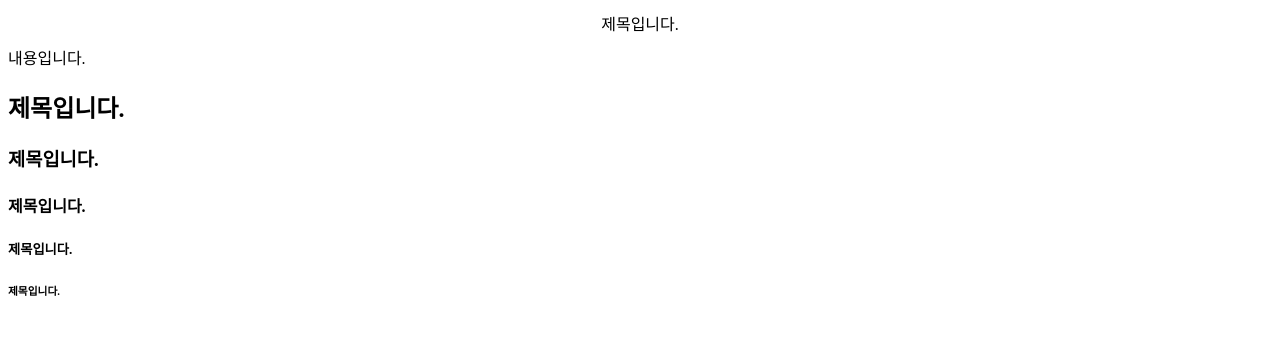
Repository: HongTaeHun337/HTML-CSS-JavaScript-
Page: html/HtmlTest/src/main/webapp/ex06_heading.html
An editor plug-in stored every save of this project. The page is shown before and after the next save, followed by the edit.
The browser window is 1280 px wide. The pictures show the whole page.

Above is the page before, as saved 2026-02-12 08:39:12.

### html/HtmlTest/src/main/webapp/ex06_heading.html
<!DOCTYPE html>
<html>
<head>
<meta charset="UTF-8">
<title>Insert title here</title>
</head>
<body>
	<!-- ex06_heading.html -->
	<!--

		HTML이 할 수 있는 일 = MS-WORD 할 수 있는 일

		<hn>, heading
		- 제목 태그
		- n: 1~6
		- <h1>, <h2>, <h3>, <h4>, <h5>, <h6>
		- 쌍태그, 혼합형
		- 검색 엔진 수집 대상
		- 의미가 중요(O), 서식이 중요(X)


		h1.align 속성
		- horizontal alignment, (내용물) 수평 정렬
		- left, center, right, justify(양쪽 정렬)

	 -->
	 <h1 align="center" style = "font-size: 1rem; font-weight:normal">제목입니다.</h1>

	 <div>내용입니다.</div>

	 <h2>제목입니다.</h2>
	 <h3>제목입니다.</h3>
	 <h4>제목입니다.</h4>
	 <h5>제목입니다.</h5>
	 <h6>제목입니다.</h6>

</body>
</html>

After the next save:
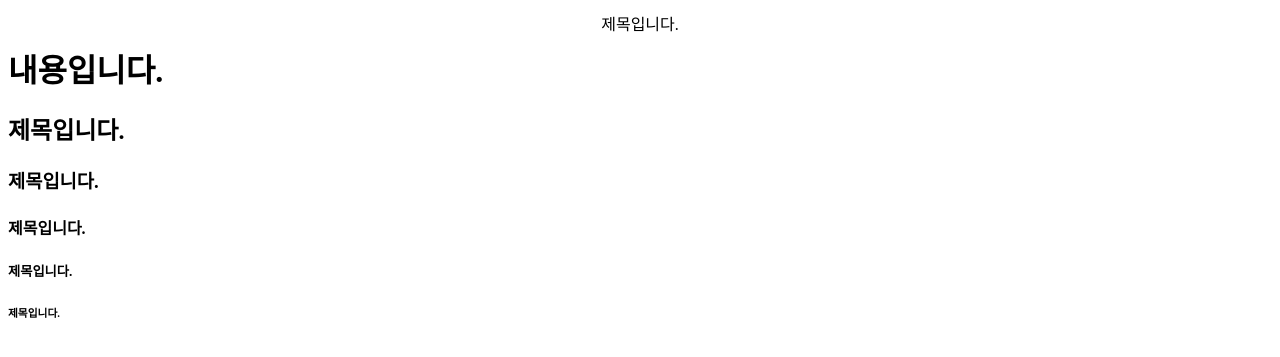
Saved 48 s later.
--- a/html/HtmlTest/src/main/webapp/ex06_heading.html
+++ b/html/HtmlTest/src/main/webapp/ex06_heading.html
@@ -26,7 +26,7 @@
 	 -->
 	 <h1 align="center" style = "font-size: 1rem; font-weight:normal">제목입니다.</h1>
 
-	 <div>내용입니다.</div>
+	 <div style = "font-size: 2rem; font-weight: bold;">내용입니다.</div>
 
 	 <h2>제목입니다.</h2>
 	 <h3>제목입니다.</h3>
